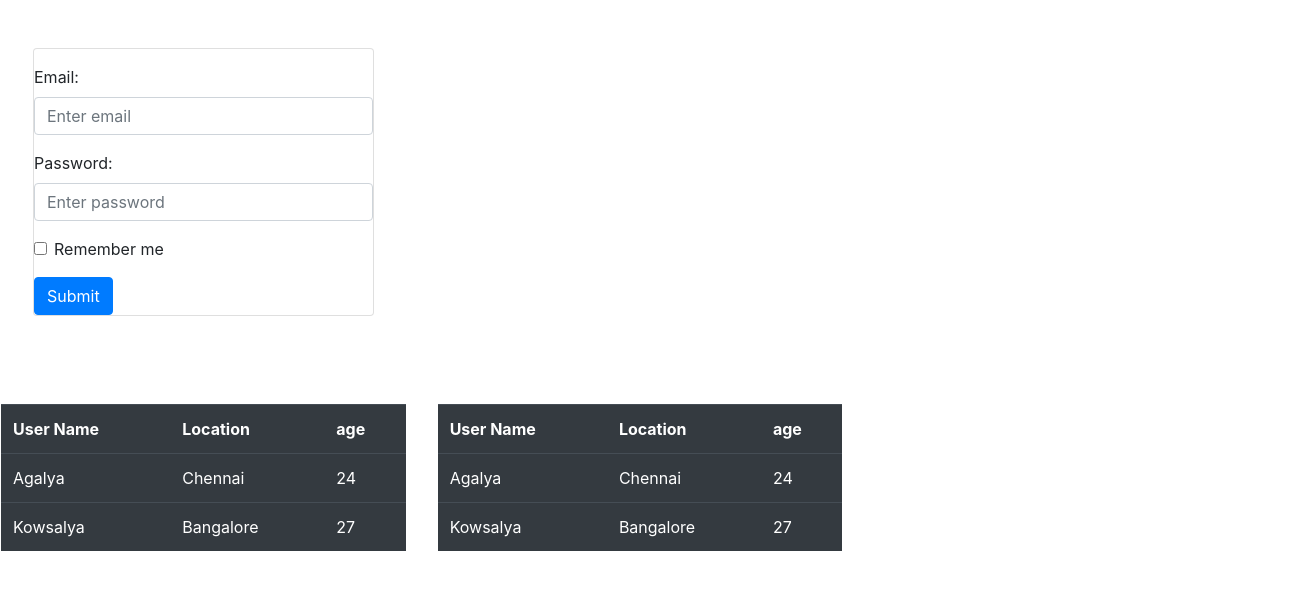
Repository: rajeshkannane/java1
Page: Form/public/index.html
An editor plug-in stored every save of this project. The page is shown before and after the next save, followed by the edit.
The browser window is 1280 px wide. The page is 1295 px wide, so the pictures cover 1295 px, including what lies to the right of the window. The pictures show the whole page.

Above is the page before, as saved 2022-11-14 17:06:47.

### Form/public/index.html
<!DOCTYPE html>
<html>
<head>
            <meta charset="UTF-8">
            <title>Form Demo</title>
            <link rel="stylesheet" href="https://stackpath.bootstrapcdn.com/bootstrap/4.3.1/css/bootstrap.min.css" integrity="sha384-ggOyR0iXCbMQv3Xipma34MD+dH/1fQ784/j6cY/iJTQUOhcWr7x9JvoRxT2MZw1T" crossorigin="anonymous">
        </head>


<body>
<div class="row">
<div class="col-sm-4 p-5" style="border-width:10">
<div class="card">
<form action="/nextPages.html">
  <div class="mb-3 mt-3">
    <label for="email" class="form-label">Email:</label>
    <input type="email" class="form-control" id="email" placeholder="Enter email" name="email">
  </div>
  <div class="mb-3">
    <label for="pwd" class="form-label">Password:</label>
    <input type="password" class="form-control" id="pwd" placeholder="Enter password" name="pswd">
  </div>
  <div class="form-check mb-3">
    <label class="form-check-label">
      <input class="form-check-input" type="checkbox" name="remember"> Remember me
    </label>
  </div>
  <button type="submit" class="btn btn-primary">Submit</button>
</form>
</div>
</div>
</div>

<br>
<div class="row">
<div class="col-sm-4 p-3" >
<table class="table table-dark" style="text-align:1%">
  <tr>
    <th>User Name</th>
    <th>Location</th>
    <th>age</th>
  </tr>
  <tr>
    <td>Agalya</td>
    <td>Chennai</td>
    <td>24</td>
  </tr>
  <tr>
    <td>Kowsalya</td>
    <td>Bangalore</td>
    <td>27</td>
  </tr>
    </table>
    </div>
    <div class="col-sm-4 p-3" >
<table class="table table-dark" style="text-align:1%">
  <tr>
    <th>User Name</th>
    <th>Location</th>
    <th>age</th>
  </tr>
  <tr>
    <td>Agalya</td>
    <td>Chennai</td>
    <td>24</td>
  </tr>
  <tr>
    <td>Kowsalya</td>
    <td>Bangalore</td>
    <td>27</td>
  </tr>
    </table>
    </div>
    </div>
</body>
</html>

After the next save:
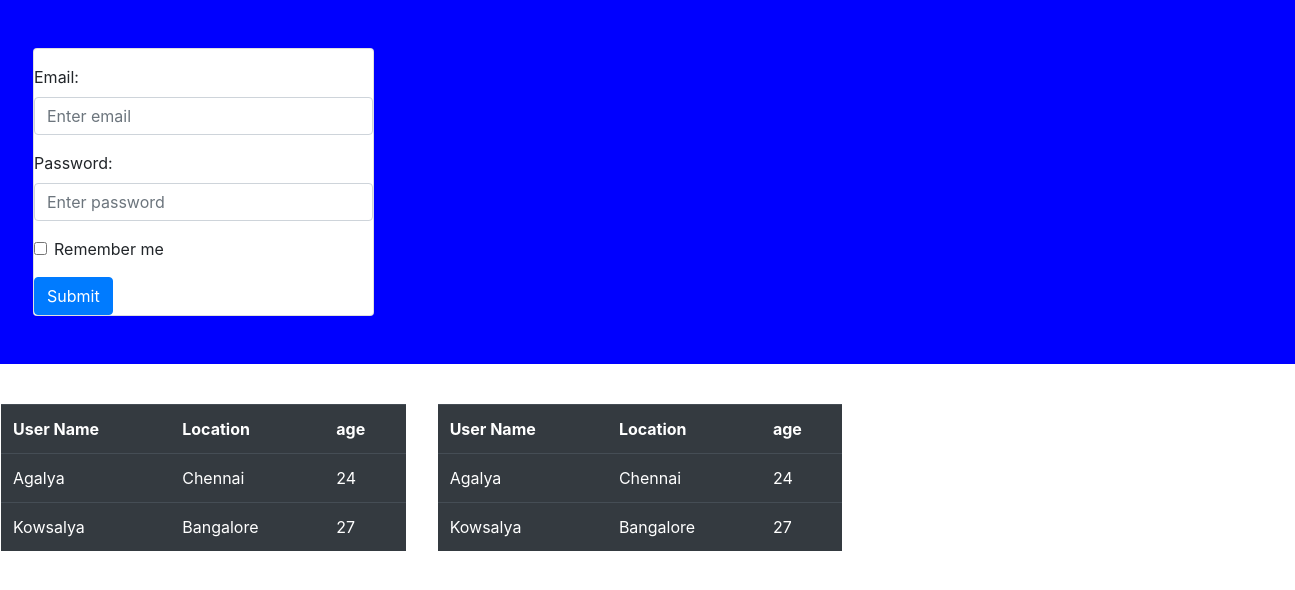
Saved 10 min 37 s later.
--- a/Form/public/index.html
+++ b/Form/public/index.html
@@ -8,7 +8,7 @@
 
 
 <body>
-<div class="row">
+<div class="row" style="background-color: blue">
 <div class="col-sm-4 p-5" style="border-width:10">
 <div class="card">
 <form action="/nextPages.html">

After the save that followed:
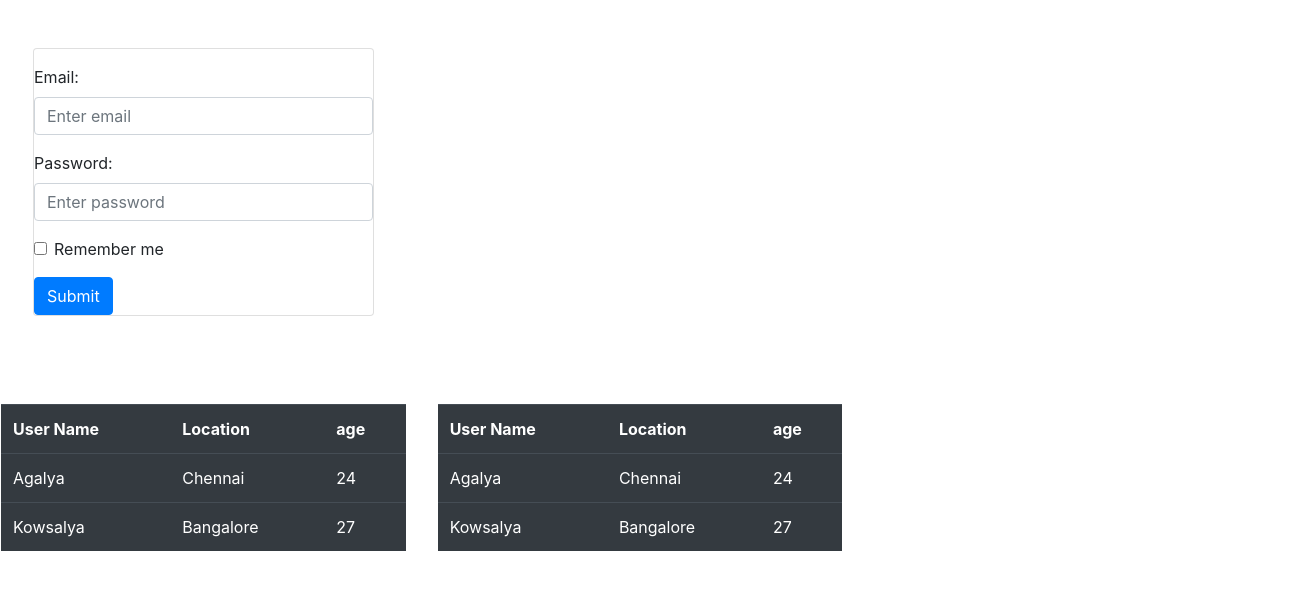
Saved 44 s later.
--- a/Form/public/index.html
+++ b/Form/public/index.html
@@ -8,8 +8,8 @@
 
 
 <body>
-<div class="row" style="background-color: blue">
-<div class="col-sm-4 p-5" style="border-width:10">
+<div class="row" >
+<div class="col-sm-4 p-5" style="border-width:10" style="background-color: blue">
 <div class="card">
 <form action="/nextPages.html">
   <div class="mb-3 mt-3">
